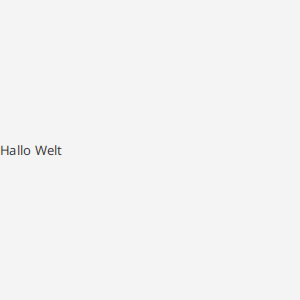
Repository: burly87/GBO
Program's window: java GBO/GBO/src/gui/uebungen/Main01.java
The author's editor kept a copy of each file at every save. The program's window is drawn from the files as they stood at one save, then again after a run of saves.
It runs on Java 21 on a 1366 x 768 screen with JavaFX 11; the title bar is not drawn.

Above is the program's window before, as saved 2017-10-14 21:37:53.

### GBO/GBO/src/gui/uebungen/Main01.java
package gui.uebungen;

import javafx.application.Application;
import javafx.scene.Scene;
import javafx.scene.control.Label;
import javafx.scene.layout.StackPane;
import javafx.stage.Stage;

public class Main01 extends Application
{

    @Override
    public void start(Stage primaryStage) throws Exception
    {
        Label l = new Label("Hallo Welt");
        StackPane root = new StackPane();

        Scene scene = new Scene(l, 300, 300);
        primaryStage.setScene(scene);
        primaryStage.setTitle("Hell World");
        primaryStage.show();

    }

    public static void main(String[] args)
    {
        launch(args);
    }

}

After the next 2 saves:
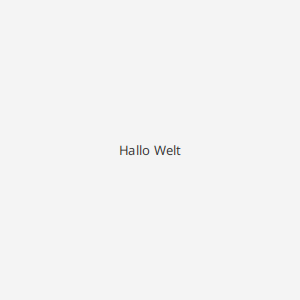
The 2 saves are shown as one change because 1 did not build or start.
The last was saved 20 s later.
--- a/GBO/GBO/src/gui/uebungen/Main01.java
+++ b/GBO/GBO/src/gui/uebungen/Main01.java
@@ -14,8 +14,9 @@
     {
         Label l = new Label("Hallo Welt");
         StackPane root = new StackPane();
+        root.getChildren().add(l);
 
-        Scene scene = new Scene(l, 300, 300);
+        Scene scene = new Scene(root, 300, 300);
         primaryStage.setScene(scene);
         primaryStage.setTitle("Hell World");
         primaryStage.show();
